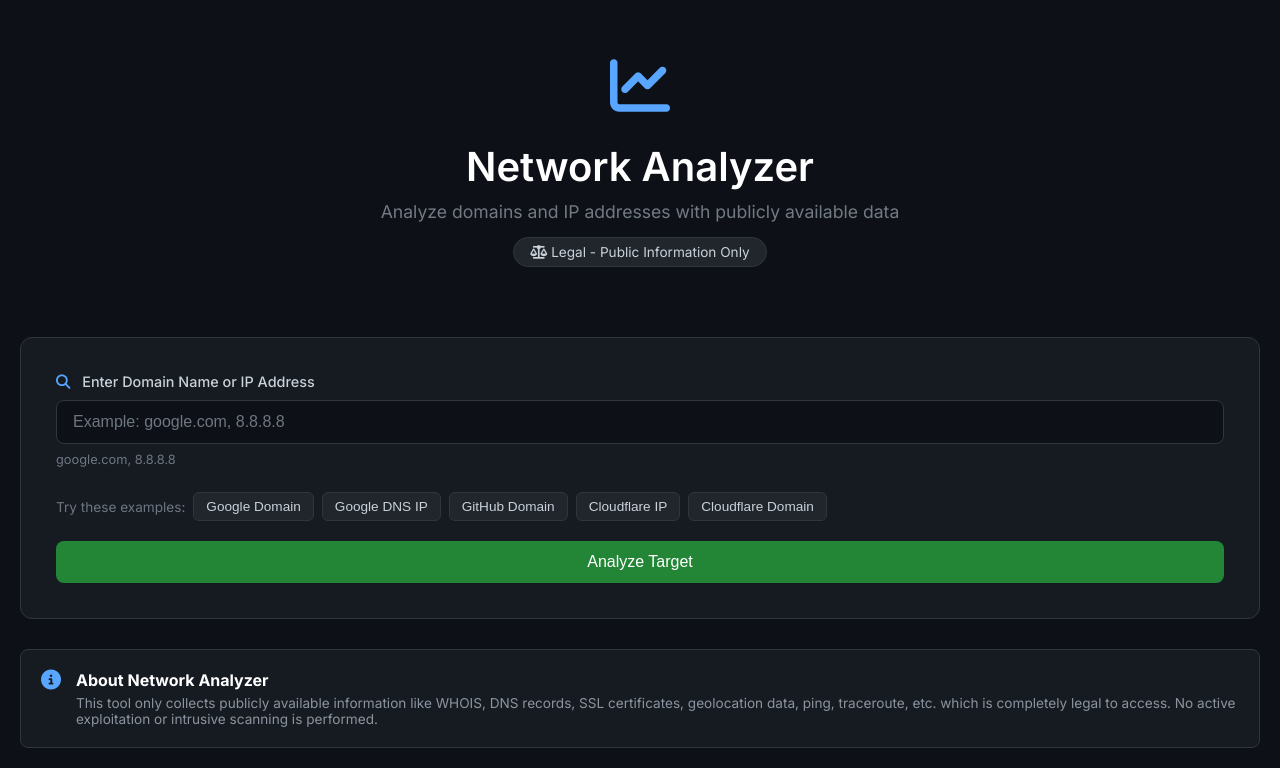
Repository: marjia999/Network-Analyzer
Page: index.html
The author's editor kept a copy of each file at every save. The page is drawn from the files as they stood at one save, then again after the next save.
The browser window is 1280 px wide. The pictures show the whole page.

Above is the page before, as saved 2026-04-05 14:00:38.

### index.html
<!DOCTYPE html>
<html lang="en">
<head>
    <meta charset="UTF-8">
    <meta name="viewport" content="width=device-width, initial-scale=1.0">
    <title>Network Analyzer | Domain & IP Analysis Tool</title>
    <link rel="stylesheet" href="/style.css">
    <link href="https://fonts.googleapis.com/css2?family=Inter:wght@300;400;500;600;700;800&display=swap" rel="stylesheet">
    <link rel="stylesheet" href="https://cdnjs.cloudflare.com/ajax/libs/font-awesome/6.4.0/css/all.min.css">
</head>
<body>
    <div class="container">
        <div class="header">
            <div class="icon">
                <i class="fas fa-chart-line"></i>
            </div>
            <h1>Network Analyzer</h1>
            <p>Analyze domains and IP addresses with publicly available data</p>
            <div class="badge">
                <i class="fas fa-balance-scale"></i> Legal - Public Information Only
            </div>
        </div>

        <div class="search-card">
            <form id="lookupForm">
                <div class="input-group">
                    <label for="target">
                        <i class="fas fa-search"></i> Enter Domain Name or IP Address
                    </label>
                    <input type="text" id="target" placeholder="Example: google.com, 8.8.8.8" required>
                    <div class="input-hint">google.com, 8.8.8.8</div>
                </div>

                <div class="example-targets">
                    <span>Try these examples:</span>
                    <button type="button" class="example-btn" data-target="google.com">Google Domain</button>
                    <button type="button" class="example-btn" data-target="8.8.8.8">Google DNS IP</button>
                    <button type="button" class="example-btn" data-target="github.com">GitHub Domain</button>
                    <button type="button" class="example-btn" data-target="1.1.1.1">Cloudflare IP</button>
                    <button type="button" class="example-btn" data-target="cloudflare.com">Cloudflare Domain</button>
                </div>

                <button type="submit" id="lookupBtn">

                    <span>Analyze Target</span>

                </button>
            </form>
        </div>

        <div id="loading" style="display: none;">
            <div class="loader-centered">
                <div class="loader-spinner-centered"></div>
                <h3>Analyzing target...</h3>
            </div>
        </div>

        <div id="results" style="display: none;">
            <div class="result-section">
                <div class="section-header">
                    <i class="fas fa-info-circle"></i>
                    <h2>Target Overview</h2>
                </div>
                <div class="overview-grid" id="overview"></div>
            </div>

            <div class="result-section" id="reverseDnsSection" style="display: none;">
                <div class="section-header">
                    <i class="fas fa-exchange-alt"></i>
                    <h2>Reverse DNS Lookup</h2>
                </div>
                <div class="info-grid" id="reverseDns"></div>
            </div>

            <div class="result-section" id="ptrSection" style="display: none;">
                <div class="section-header">
                    <i class="fas fa-arrow-left"></i>
                    <h2>PTR Records</h2>
                </div>
                <div class="info-grid" id="ptrRecords"></div>
            </div>

            <div class="result-section">
                <div class="section-header">
                    <i class="fas fa-file-contract"></i>
                    <h2>WHOIS Information</h2>
                </div>
                <div class="info-grid" id="whois"></div>
            </div>

            <div class="result-section" id="dnsSection" style="display: none;">
                <div class="section-header">
                    <i class="fas fa-server"></i>
                    <h2>DNS Records</h2>
                </div>
                <div class="dns-content" id="dnsContent"></div>
            </div>

            <div class="result-section" id="sslSection" style="display: none;">
                <div class="section-header">
                    <i class="fas fa-lock"></i>
                    <h2>SSL Certificate</h2>
                </div>
                <div class="info-grid" id="ssl"></div>
            </div>

            <div class="result-section">
                <div class="section-header">
                    <i class="fas fa-map-marker-alt"></i>
                    <h2>Geolocation and Hosting</h2>
                </div>
                <div class="info-grid" id="location"></div>
            </div>

            <div class="result-section">
                <div class="section-header">
                    <i class="fas fa-plug"></i>
                    <h2>Common Open Ports</h2>
                </div>
                <div class="ports-list" id="ports"></div>
            </div>

            <div class="result-section">
                <div class="section-header">
                    <i class="fas fa-network-wired"></i>
                    <h2>Ping Test</h2>
                </div>
                <div class="ping-results" id="ping"></div>
            </div>

            <div class="result-section">
                <div class="section-header">
                    <i class="fas fa-route"></i>
                    <h2>Traceroute</h2>
                </div>
                <div class="traceroute-results" id="traceroute"></div>
            </div>

            <div class="result-section" id="techSection" style="display: none;">
                <div class="section-header">
                    <i class="fas fa-code"></i>
                    <h2>Detected Technologies</h2>
                </div>
                <div class="tech-list" id="technologies"></div>
            </div>

            <div class="result-section" id="subdomainSection" style="display: none;">
                <div class="section-header">
                    <i class="fas fa-sitemap"></i>
                    <h2>Active Subdomains</h2>
                </div>
                <div class="subdomain-list" id="subdomains"></div>
            </div>

            <div class="export-buttons">
                <button id="exportJSON" class="export-btn">
                    <i class="fas fa-download"></i> Export as JSON
                </button>
                <button id="copyResults" class="export-btn">
                    <i class="fas fa-copy"></i> Copy Results
                </button>
            </div>
        </div>

        <div class="info-note">
            <i class="fas fa-info-circle"></i>
            <div>
                <strong>About Network Analyzer</strong>
                <p>This tool only collects publicly available information like WHOIS, DNS records, SSL certificates, geolocation data, ping, traceroute, etc. which is completely legal to access. No active exploitation or intrusive scanning is performed.</p>
            </div>
        </div>
    </div>

    <script>
        document.querySelectorAll('.example-btn').forEach(btn => {
            btn.addEventListener('click', () => {
                document.getElementById('target').value = btn.dataset.target;
                document.getElementById('lookupForm').dispatchEvent(new Event('submit'));
            });
        });

        document.getElementById('lookupForm').addEventListener('submit', async (e) => {
            e.preventDefault();

            const target = document.getElementById('target').value;

            if (!target) {
                alert('Please enter a domain name or IP address');
                return;
            }

            document.getElementById('loading').style.display = 'flex';
            document.getElementById('results').style.display = 'none';
            document.getElementById('lookupBtn').disabled = true;

            try {
                const response = await fetch('/lookup', {
                    method: 'POST',
                    headers: {'Content-Type': 'application/json'},
                    body: JSON.stringify({target: target})
                });

                const data = await response.json();

                if (data.error) {
                    alert(data.error);
                    return;
                }

                displayResults(data);

            } catch (error) {
                alert('Error: ' + error.message);
            } finally {
                document.getElementById('loading').style.display = 'none';
                document.getElementById('lookupBtn').disabled = false;
            }
        });

        function displayResults(data) {
            document.getElementById('overview').innerHTML = `
                <div class="info-card">
                    <div class="info-label"><i class="fas fa-crosshairs"></i> Target</div>
                    <div class="info-value">${data.target}</div>
                </div>
                <div class="info-card">
                    <div class="info-label"><i class="fas fa-tag"></i> Type</div>
                    <div class="info-value">${data.target_type}</div>
                </div>
                <div class="info-card">
                    <div class="info-label"><i class="fas fa-clock"></i> Analysis Time</div>
                    <div class="info-value">${data.timestamp}</div>
                </div>
            `;

            if (data.reverse_dns) {
                document.getElementById('reverseDnsSection').style.display = 'block';
                document.getElementById('reverseDns').innerHTML = `
                    <div class="info-card">
                        <div class="info-label"><i class="fas fa-exchange-alt"></i> Hostname</div>
                        <div class="info-value">${data.reverse_dns}</div>
                    </div>
                `;
            } else {
                document.getElementById('reverseDnsSection').style.display = 'none';
            }

            if (data.ptr_records && data.ptr_records.length > 0) {
                document.getElementById('ptrSection').style.display = 'block';
                document.getElementById('ptrRecords').innerHTML = `
                    <div class="info-card">
                        <div class="info-label"><i class="fas fa-arrow-left"></i> PTR Records</div>
                        <div class="info-value">${data.ptr_records.join(', ')}</div>
                    </div>
                `;
            } else {
                document.getElementById('ptrSection').style.display = 'none';
            }

            const whois = data.whois;
            if (whois && !whois.error) {
                document.getElementById('whois').innerHTML = `
                    <div class="info-card">
                        <div class="info-label"><i class="fas fa-building"></i> Registrar</div>
                        <div class="info-value">${whois.registrar || 'N/A'}</div>
                    </div>
                    <div class="info-card">
                        <div class="info-label"><i class="fas fa-calendar-plus"></i> Created</div>
                        <div class="info-value">${whois.creation_date || 'N/A'}</div>
                    </div>
                    <div class="info-card">
                        <div class="info-label"><i class="fas fa-calendar-times"></i> Expires</div>
                        <div class="info-value">${whois.expiration_date || 'N/A'}</div>
                    </div>
                    <div class="info-card">
                        <div class="info-label"><i class="fas fa-user"></i> Organization</div>
                        <div class="info-value">${whois.org || 'N/A'}</div>
                    </div>
                    <div class="info-card">
                        <div class="info-label"><i class="fas fa-flag"></i> Country</div>
                        <div class="info-value">${whois.country || 'N/A'}</div>
                    </div>
                `;
            } else {
                document.getElementById('whois').innerHTML = `
                    <div class="info-card">
                        <div class="info-value">WHOIS information not available for this target</div>
                    </div>
                `;
            }

            if (data.dns_records && Object.keys(data.dns_records).length > 0) {
                document.getElementById('dnsSection').style.display = 'block';
                const dns = data.dns_records;
                const dnsTypes = ['A', 'AAAA', 'MX', 'NS', 'TXT', 'CNAME', 'SOA'];
                let dnsHTML = '';

                dnsTypes.forEach(type => {
                    if (dns[type] && dns[type].length > 0) {
                        dnsHTML += `
                            <div class="dns-record">
                                <div class="dns-type">${type}</div>
                                <div class="dns-values">
                                    ${dns[type].map(value => `<div class="dns-value">${value}</div>`).join('')}
                                </div>
                            </div>
                        `;
                    }
                });

                if (dnsHTML === '') {
                    dnsHTML = '<div class="no-data">No DNS records found</div>';
                }

                document.getElementById('dnsContent').innerHTML = dnsHTML;
            } else {
                document.getElementById('dnsSection').style.display = 'none';
            }

            if (data.ssl) {
                document.getElementById('sslSection').style.display = 'block';
                document.getElementById('ssl').innerHTML = `
                    <div class="info-card">
                        <div class="info-label"><i class="fas fa-building"></i> Issuer</div>
                        <div class="info-value">${data.ssl.issuer?.organizationName || 'N/A'}</div>
                    </div>
                    <div class="info-card">
                        <div class="info-label"><i class="fas fa-user-check"></i> Subject</div>
                        <div class="info-value">${data.ssl.subject?.commonName || 'N/A'}</div>
                    </div>
                    <div class="info-card">
                        <div class="info-label"><i class="fas fa-calendar-check"></i> Valid From</div>
                        <div class="info-value">${data.ssl.start || 'N/A'}</div>
                    </div>
                    <div class="info-card">
                        <div class="info-label"><i class="fas fa-calendar-times"></i> Valid Until</div>
                        <div class="info-value">${data.ssl.expiry || 'N/A'}</div>
                    </div>
                `;
            } else {
                document.getElementById('sslSection').style.display = 'none';
            }

            const loc = data.geolocation;
            if (loc && !loc.error) {
                document.getElementById('location').innerHTML = `
                    <div class="info-card">
                        <div class="info-label"><i class="fas fa-map-pin"></i> IP Address</div>
                        <div class="info-value">${loc.ip || 'N/A'}</div>
                    </div>
                    <div class="info-card">
                        <div class="info-label"><i class="fas fa-globe"></i> Country</div>
                        <div class="info-value">${loc.country || 'N/A'}</div>
                    </div>
                    <div class="info-card">
                        <div class="info-label"><i class="fas fa-city"></i> City</div>
                        <div class="info-value">${loc.city || 'N/A'}</div>
                    </div>
                    <div class="info-card">
                        <div class="info-label"><i class="fas fa-building"></i> Region</div>
                        <div class="info-value">${loc.region || 'N/A'}</div>
                    </div>
                    <div class="info-card">
                        <div class="info-label"><i class="fas fa-tachometer-alt"></i> ISP</div>
                        <div class="info-value">${loc.isp || 'N/A'}</div>
                    </div>
                    <div class="info-card">
                        <div class="info-label"><i class="fas fa-chart-line"></i> Organization</div>
                        <div class="info-value">${loc.org || 'N/A'}</div>
                    </div>
                    <div class="info-card">
                        <div class="info-label"><i class="fas fa-clock"></i> Timezone</div>
                        <div class="info-value">${loc.timezone || 'N/A'}</div>
                    </div>
                `;
            } else {
                document.getElementById('location').innerHTML = `
                    <div class="info-card">
                        <div class="info-value">Geolocation data not available</div>
                    </div>
                `;
            }

            if (data.open_ports && data.open_ports.length > 0) {
                document.getElementById('ports').innerHTML = data.open_ports.map(port =>
                    `<span class="port-badge">Port ${port.port} (${port.service})</span>`
                ).join('');
            } else {
                document.getElementById('ports').innerHTML = '<div class="no-data">No common ports found open</div>';
            }

            const ping = data.ping;
            if (ping && ping.success) {
                document.getElementById('ping').innerHTML = `
                    <div class="info-grid">
                        <div class="info-card">
                            <div class="info-label"><i class="fas fa-check-circle"></i> Status</div>
                            <div class="info-value success">Host is reachable</div>
                        </div>
                        <div class="info-card">
                            <div class="info-label"><i class="fas fa-exchange-alt"></i> Packets Sent</div>
                            <div class="info-value">${ping.packets_sent}</div>
                        </div>
                        <div class="info-card">
                            <div class="info-label"><i class="fas fa-check"></i> Packets Received</div>
                            <div class="info-value">${ping.packets_received}</div>
                        </div>
                        <div class="info-card">
                            <div class="info-label"><i class="fas fa-chart-line"></i> Packet Loss</div>
                            <div class="info-value">${ping.packet_loss}</div>
                        </div>
                        <div class="info-card full-width">
                            <div class="info-label"><i class="fas fa-clock"></i> Response Times (ms)</div>
                            <div class="info-value">${ping.times ? ping.times.join(', ') : 'N/A'}</div>
                        </div>
                    </div>
                `;
            } else {
                document.getElementById('ping').innerHTML = `
                    <div class="info-card">
                        <div class="info-value error">${ping?.error || 'Host is unreachable'}</div>
                    </div>
                `;
            }

            const traceroute = data.traceroute;
            if (traceroute && traceroute.success && traceroute.hops && traceroute.hops.length > 0) {
                let hopsHtml = '<div class="traceroute-table"><div class="traceroute-header"><span>Hop</span><span>IP Address</span><span>Response Times (ms)</span></div>';
                traceroute.hops.forEach(hop => {
                    hopsHtml += `
                        <div class="traceroute-row">
                            <span class="hop-number">${hop.hop}</span>
                            <span class="hop-ip">${hop.ip}</span>
                            <span class="hop-times">${hop.times.join(', ') || 'N/A'}</span>
                        </div>
                    `;
                });
                hopsHtml += '</div>';
                document.getElementById('traceroute').innerHTML = hopsHtml;
            } else {
                document.getElementById('traceroute').innerHTML = `
                    <div class="info-card">
                        <div class="info-value">${traceroute?.error || 'Traceroute information not available'}</div>
                    </div>
                `;
            }

            if (data.technologies && data.technologies.length > 0 && data.technologies[0] !== "Technology detection only available for domains") {
                document.getElementById('techSection').style.display = 'block';
                document.getElementById('technologies').innerHTML = data.technologies.map(tech =>
                    `<span class="tech-badge">${tech}</span>`
                ).join('');
            } else {
                document.getElementById('techSection').style.display = 'none';
            }

            if (data.subdomains && data.subdomains.length > 0) {
                document.getElementById('subdomainSection').style.display = 'block';
                document.getElementById('subdomains').innerHTML = data.subdomains.map(sub =>
                    `<span class="subdomain-badge">${sub}</span>`
                ).join('');
            } else {
                document.getElementById('subdomainSection').style.display = 'none';
            }

            document.getElementById('results').style.display = 'block';
            document.getElementById('results').scrollIntoView({ behavior: 'smooth' });

            setupExport(data);
        }

        function setupExport(data) {
            document.getElementById('exportJSON').onclick = () => {
                const jsonStr = JSON.stringify(data, null, 2);
                const blob = new Blob([jsonStr], { type: 'application/json' });
                const url = URL.createObjectURL(blob);
                const a = document.createElement('a');
                a.href = url;
                a.download = `${data.target}_analysis_${Date.now()}.json`;
                a.click();
                URL.revokeObjectURL(url);
            };

            document.getElementById('copyResults').onclick = () => {
                const jsonStr = JSON.stringify(data, null, 2);
                navigator.clipboard.writeText(jsonStr);
                alert('Results copied to clipboard');
            };
        }
    </script>
</body>
</html>

Loaded but not shown: style.css (442 lines, source omitted)

After the next save:
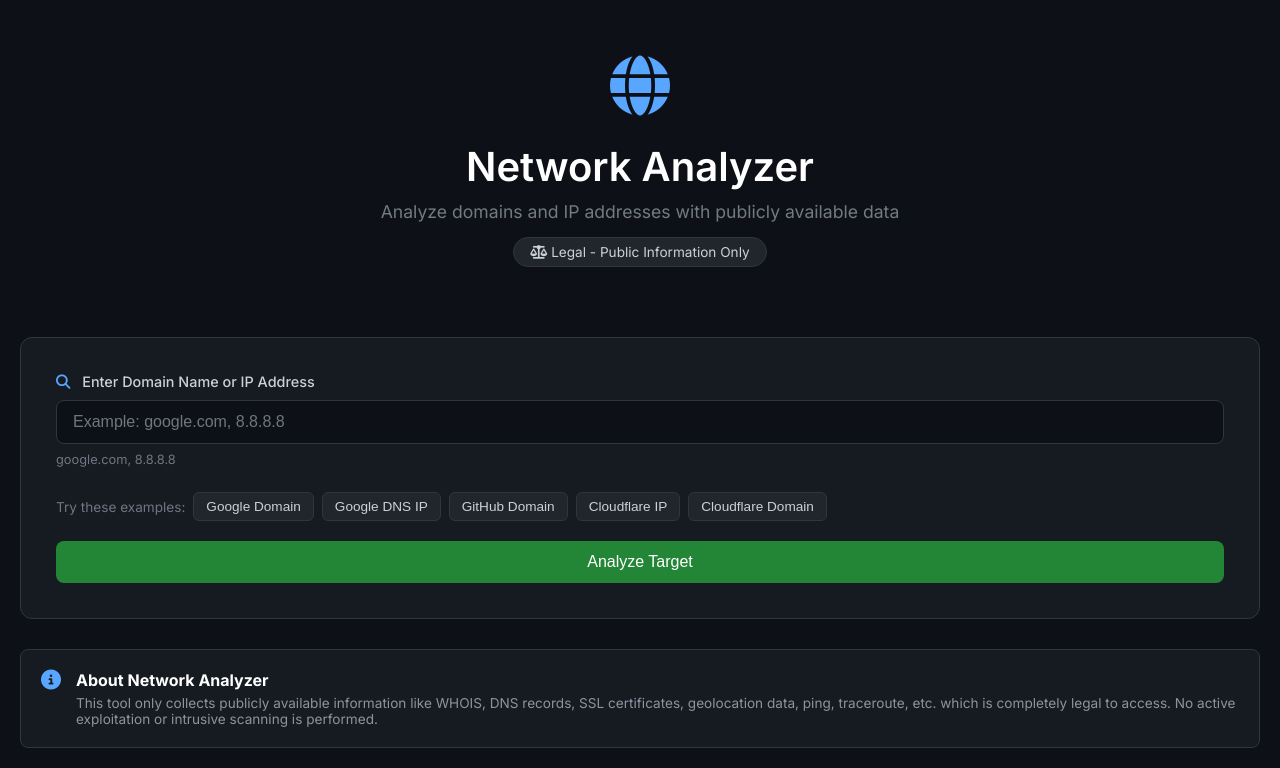
Saved 10 s later.
--- a/index.html
+++ b/index.html
@@ -12,7 +12,7 @@
     <div class="container">
         <div class="header">
             <div class="icon">
-                <i class="fas fa-chart-line"></i>
+                <i class="fa-solid fa-globe"></i>
             </div>
             <h1>Network Analyzer</h1>
             <p>Analyze domains and IP addresses with publicly available data</p>
